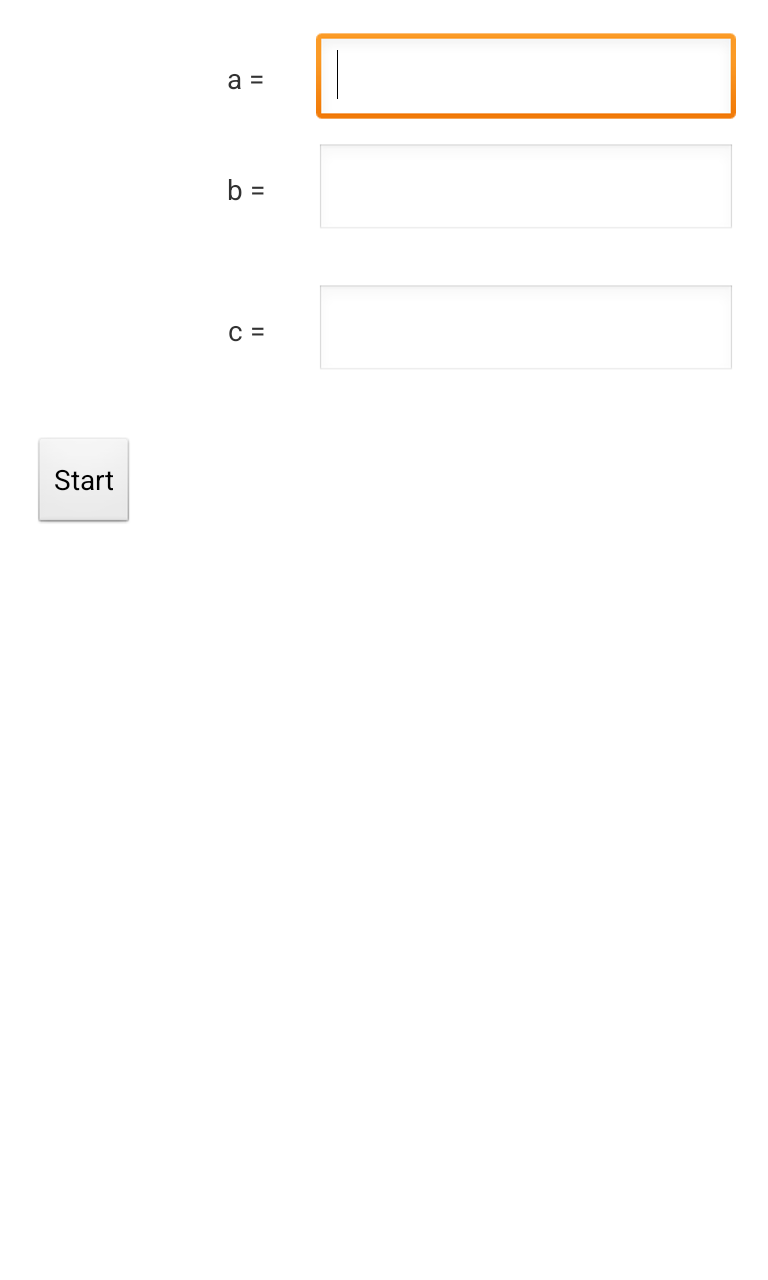
Repository: alexcpp2013/Solving-Quadratic-Equations-Android-Java-C--
Layout: src/Workspace3Cpp/SolvingEquation/res/layout/activity_main.xml
An editor plug-in stored every save of this project. The layout is shown before and after the next save, followed by the edit.
It is drawn on a 768 x 1280 px phone screen (xhdpi) without system bars, with theme AppTheme; the app's code is not run.

Above is the layout before, as saved 2014-02-12 07:51:18.

After the next save:
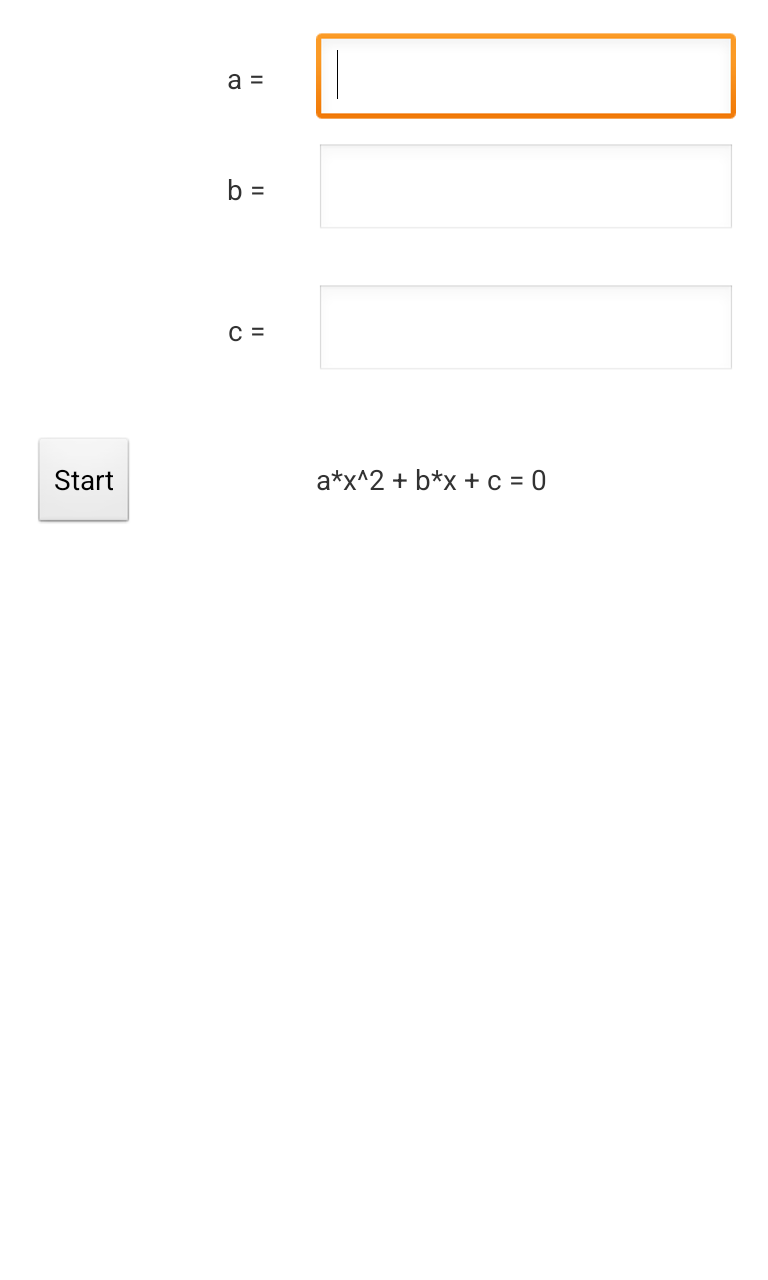
Saved 3 min 11 s later.
--- a/src/Workspace3Cpp/SolvingEquation/res/layout/activity_main.xml
+++ b/src/Workspace3Cpp/SolvingEquation/res/layout/activity_main.xml
@@ -72,4 +72,13 @@
 	    android:layout_marginTop="28dp"
 	    android:text="Start" />
 
+	<TextView
+	    android:id="@+id/textView4"
+	    android:layout_width="wrap_content"
+	    android:layout_height="wrap_content"
+	    android:layout_alignBaseline="@+id/bStart"
+	    android:layout_alignBottom="@+id/bStart"
+	    android:layout_alignLeft="@+id/eTc"
+	    android:text="a*x^2 + b*x + c = 0" />
+
 </RelativeLayout>
